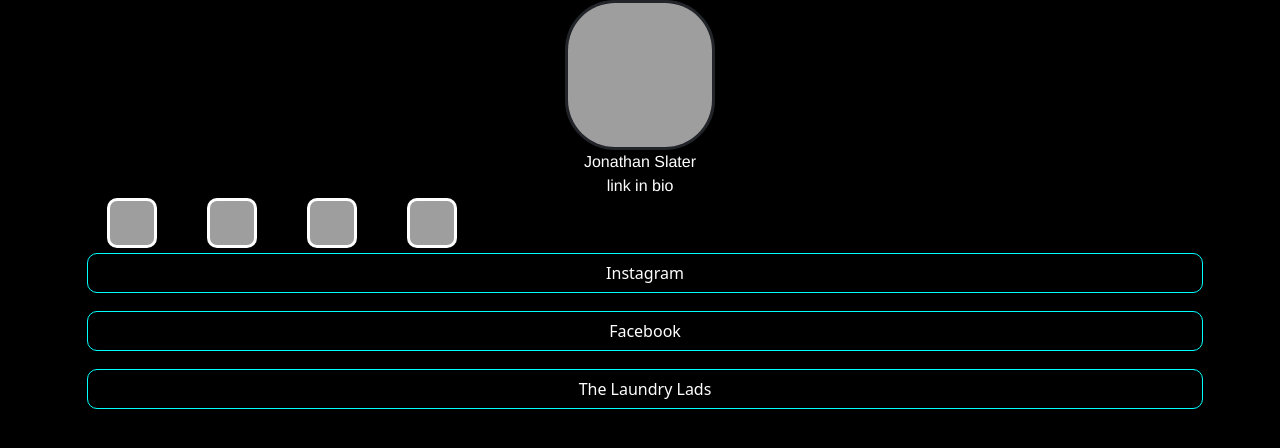
Repository: jontslater/LAB-link-in-bio
Page: index.html
An editor plug-in stored every save of this project. The page is shown before and after the next save, followed by the edit.
The browser window is 1280 px wide. The pictures show the whole page.
Pictures or frames that could not be fetched are drawn as grey boxes.

Above is the page before, as saved 2023-10-15 15:24:12.

After the next save:
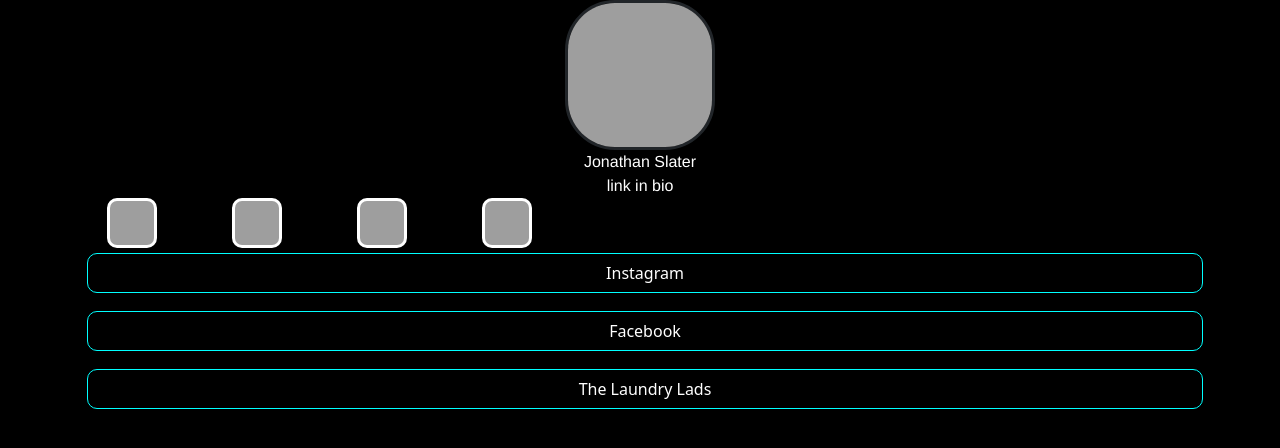
Saved 5 s later.
--- a/main.css
+++ b/main.css
@@ -49,5 +49,5 @@
 
 .side {
   margin-left: 25px;
-  margin-right: 25px;
+  margin-right: 50px;
 }
